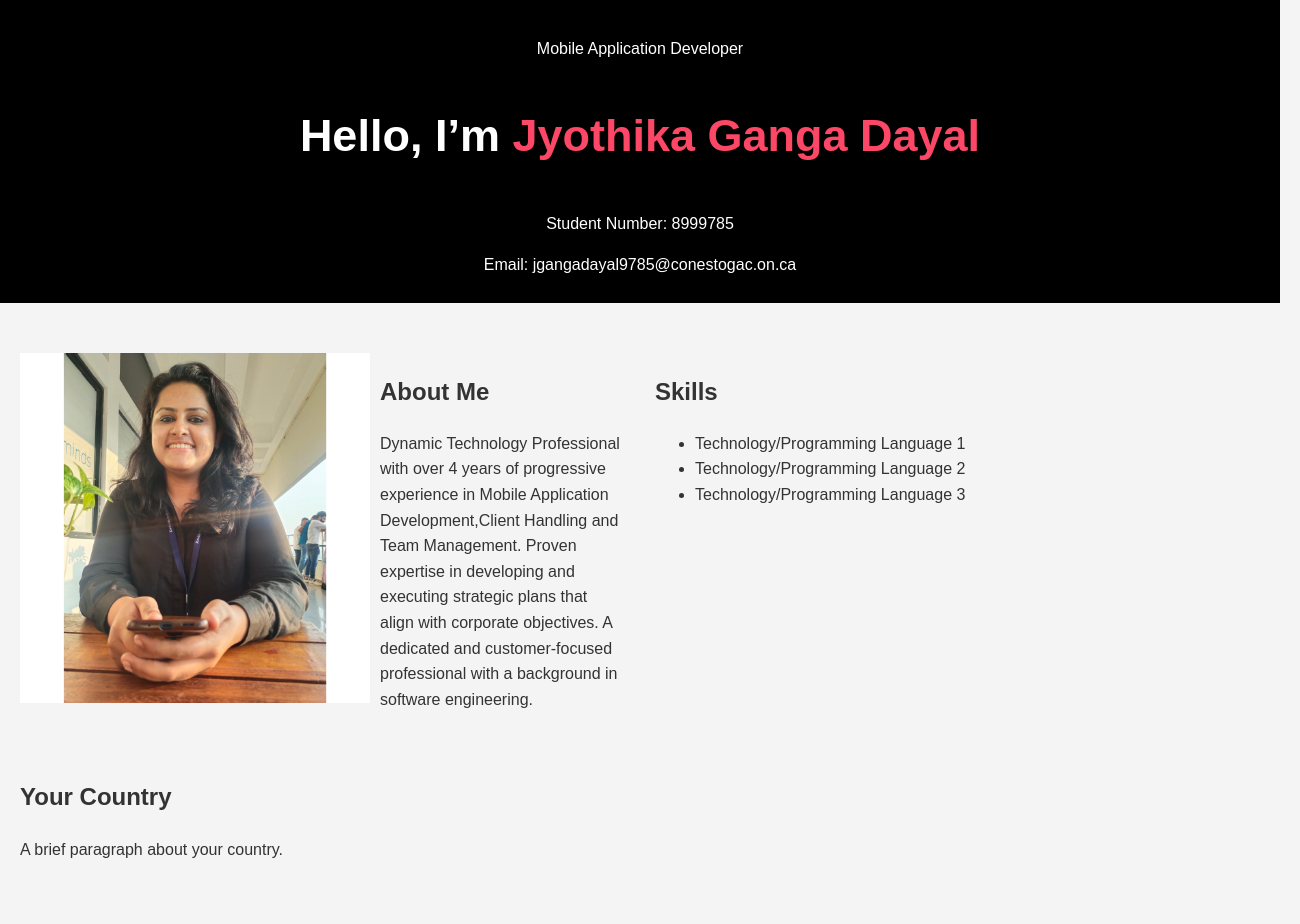
Repository: jyothika123/portfolio
Page: index.html
The author's editor kept a copy of each file at every save. The page is drawn from the files as they stood at one save, then again after the next save.
The browser window is 1280 px wide. The page is 1300 px wide, so the pictures cover 1300 px, including what lies to the right of the window. The pictures show the part of the page from y = 0 to 924 px (the page is 1338 px tall before and 1350 px after).
Pictures or frames that could not be fetched are drawn as grey boxes.

Above is the page before, as saved 2024-09-22 16:14:51.

### index.html
<!DOCTYPE html>
<html lang="en">
<head>
    <meta charset="UTF-8">
    <meta name="viewport" content="width=device-width, initial-scale=1.0">
    <link rel="stylesheet" href="css/style.css">
    <title>Jyothika Ganga Dayal</title>
</head>
<body>
    <header>
        <div class="content">
            <br>
            <span class="title">Mobile Application Developer</span>
            <h1>Hello, I’m <span>Jyothika Ganga Dayal</span></h1>
            <p>Student Number: 8999785</p>
            <p>Email: jgangadayal9785@conestogac.on.ca</p>
        </div>
    </header>
    <main>
        <section class="box">
            <section class="bio">
                <div>
                    <img src="images/image.PNG" alt="A photo representing me" class="profile">
                </div>
                <div>
                    <h2>About Me</h2>
                    <p>Dynamic Technology Professional with over 4 years of progressive experience
                        in Mobile Application Development,Client Handling and Team Management. Proven
                        expertise in developing and executing strategic plans that align with
                        corporate objectives. A dedicated and customer-focused professional with a
                        background in software engineering. </p>
                </div>

            </section>
            <section>
                <h2>Skills</h2>
                <ul>
                    <li>Technology/Programming Language 1</li>
                    <li>Technology/Programming Language 2</li>
                    <li>Technology/Programming Language 3</li>
                </ul>
            </section>
            <section class="country">
                <h2>Your Country</h2>
                <p>A brief paragraph about your country.</p>
                <iframe width="560" height="315" src="https://www.youtube.com/embed/your_video_id"
                        title="Interesting video about me/country/skills"
                        frameborder="0" allowfullscreen></iframe>
            </section>
        </section>
    </main>
    <aside>

    </aside>
    <footer>
        <p>&copy; 2024 Your Name. All rights reserved.</p>
    </footer>
</body>
</html>

### css/style.css


body {
    font-family: Arial, sans-serif;
    line-height: 1.6;
    margin: 0;
    padding: 0;
    color: #333;
    background-color: #f4f4f4;
}

header {
    background: #000000;
    color: #fff;
    padding: 10px;
    text-align: center;
}

main {
    display: flex;
    justify-content: space-between;
    padding: 20px;
}

.bio {
    display: grid;
    grid-template-columns: 1fr 1fr;
    gap:10px;
}

.country {
    flex: 3;
}

aside {
    background: #E9ECEF;
    padding: 20px;
    flex: 1;
}

footer {
    background: #007BFF;
    color: #fff;
    text-align: center;
    padding: 10px ;
    position: relative;
    bottom: 0;
    width: 100%;
}

.profile{
    width:350px;
    height: 350px;
}

.content h1 {
    color: #ffffff;
    font-size: 45px;
    font-weight: 900;
    line-height: 90px;
    text-transform: inherit;
    width: 100%;
  }
  .content h1 span {
    color: #fd4766;
  }
  .content p {
    width: 100%;
    color: #ffffff;
    margin-top: 5px;
    margin-bottom: 15px;
  }
  .box{
    margin-top: 30px;
    display: grid;
    grid-template-columns: 2fr 2fr;
    gap:30px;
  }

After the next save:
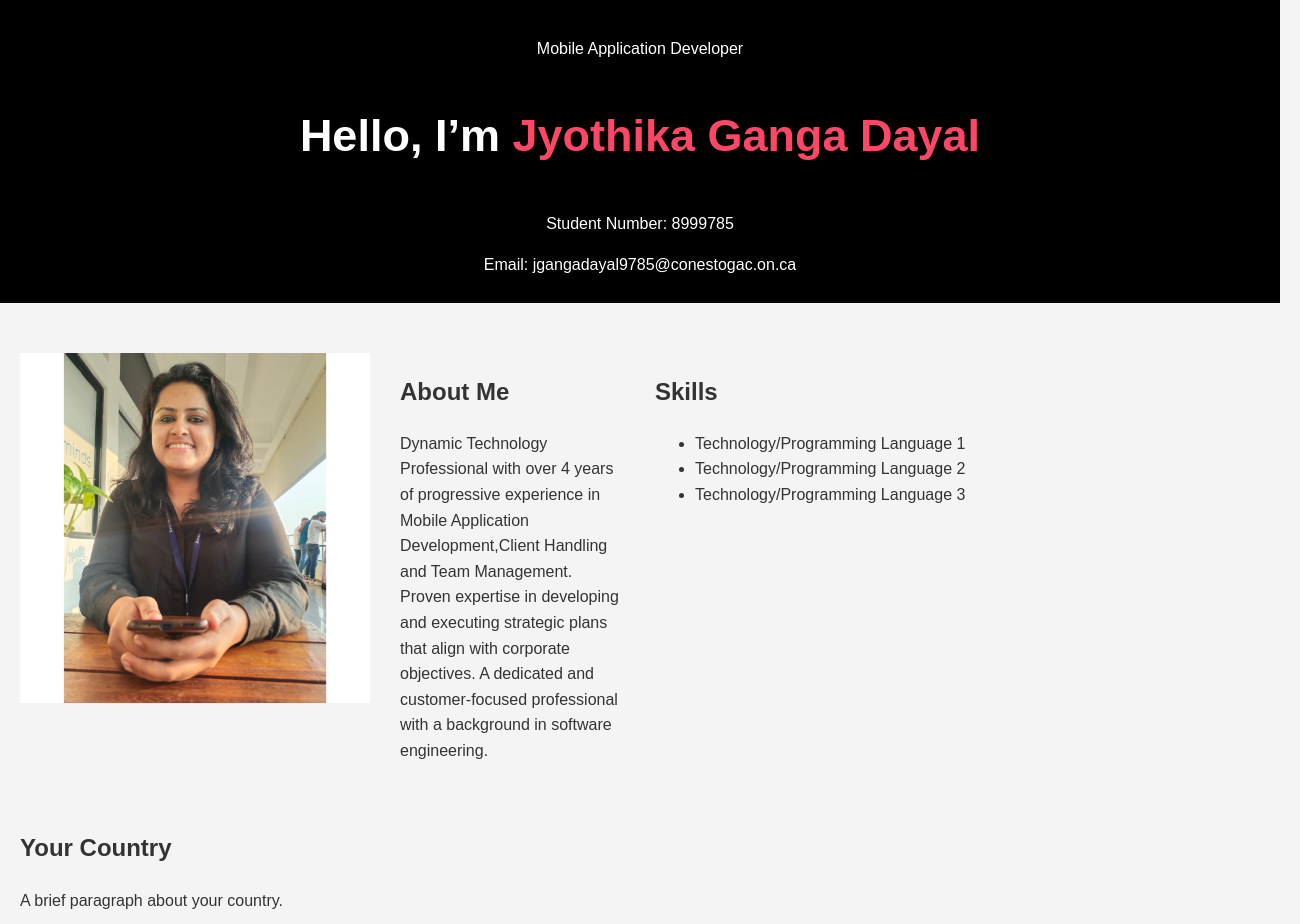
Saved 69 s later.
--- a/css/style.css
+++ b/css/style.css
@@ -25,17 +25,11 @@ main {
 .bio {
     display: grid;
     grid-template-columns: 1fr 1fr;
-    gap:10px;
+    gap:30px;
 }
 
 .country {
     flex: 3;
-}
-
-aside {
-    background: #E9ECEF;
-    padding: 20px;
-    flex: 1;
 }
 
 footer {
